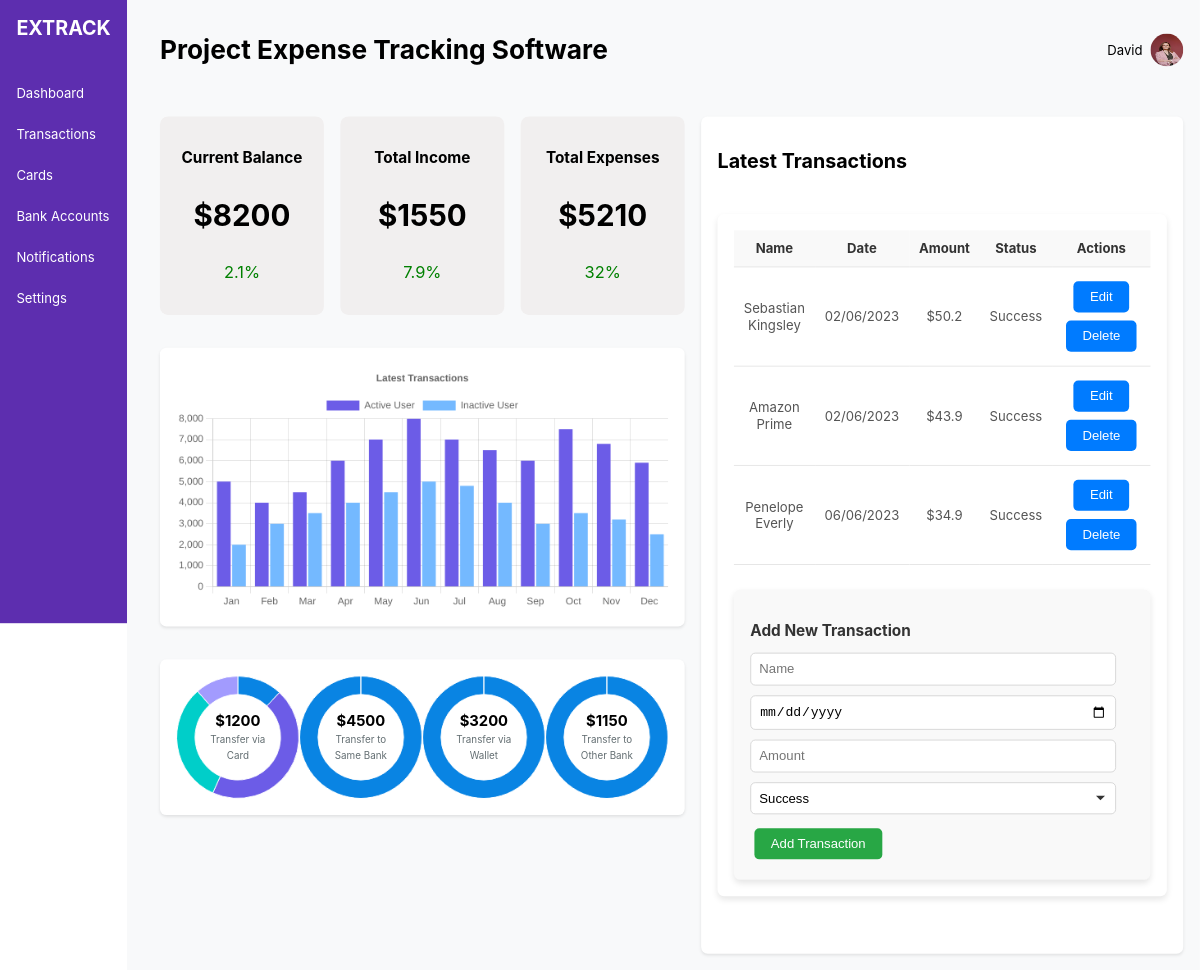
Repository: ChristhurasaRoshan/Expense-Tracker
Page: /dashboard
An editor plug-in stored every save of this project. The page is shown before and after the next save, followed by the edit.
The browser window is 1280 px wide. The page is 1463 px wide, so the pictures cover 1463 px, including what lies to the right of the window. The pictures show the whole page, at 82% of full size.
The project was rebuilt for these pictures with package versions that can differ from the ones it lists, and the page was loaded fresh each time. A package was used in the major version that the imports need, not the one package.json lists.

Above is the page before, as saved 2024-08-22 11:41:58.

### src/App.js
import React from 'react';
import { Provider } from 'react-redux'; // Import Provider from react-redux
import store from './store'; // Import the Redux store
import Sidebar from '../src/Components/Sidebar';
import Header from '../src/Components/Header';
import Dashboard from '../src/Components/Dashboard';
import './App.css';

function App() {
  return (
    <Provider store={store}> {/* Wrap the app with Provider */}
      <div className="app">
        <Sidebar />
        <div className="main-content">
          <Header />
          <Dashboard />
        </div>
      </div>
    </Provider>
  );
}

export default App;

### src/store.js
import { configureStore } from '@reduxjs/toolkit';
import transactionReducer from './slices/transactionSlice';
import authReducer from './slices/authSlice';

const store = configureStore({
  reducer: {
    transactions: transactionReducer,
    auth: authReducer,
  },
});

export default store;

### src/Components/Sidebar.jsx
import React from 'react';
import '../Styles/Sidebar.css';

const Sidebar = () => {
  return (
    <div className="sidebar">
      <div className="logo">EXTRACK</div>
      <ul>
        <li>Dashboard</li>
        <li>Transactions</li>
        <li>Cards</li>
        <li>Bank Accounts</li>
        <li>Notifications</li>
        <li>Settings</li>
      </ul>
    </div>
  );
};

export default Sidebar;

### src/Components/Header.jsx
import React from 'react';
import '../Styles/Header.css';

const Header = () => {
  return (
    <div className="header">
      <h1>Project Expense Tracking Software</h1>
      <div className="user-profile">
        <span>David</span>
        <img src="user-profile.jpg" alt="Profile" />
      </div>
    </div>
  );
};

export default Header;

### src/Components/Dashboard.jsx
import React from 'react';
import Card from './Card';
import TransactionList from './TransactionList';
import ExpenseChart from './ExpenseChart';
import AmountTransfer from './AmountTransfer';
import '../Styles/Dashboard.css';

const Dashboard = () => {
  return (
    <div className="dashboard">
      <div className="dashboard-left">
        <div className="dashboard-header">
          <Card title="Current Balance" amount="$8200" percentage="2.1%" />
          <Card title="Total Income" amount="$1550" percentage="7.9%" />
          <Card title="Total Expenses" amount="$5210" percentage="32%" />
        </div>
        <ExpenseChart />
        <AmountTransfer />
      </div>
      <div className="dashboard-right">
        <div className="latest-transactions">
          <h2>Latest Transactions</h2>
          <TransactionList />
        </div>
      </div>
    </div>
  );
};

export default Dashboard;

### src/App.css
.app {
  display: flex;
}

.main-content {
  flex: 1;
  background-color: #f8f9fa;
  padding-left: 20px;
}

### src/slices/transactionSlice.js
import { createSlice } from '@reduxjs/toolkit';

const initialState = [
  { id: 1, name: "Sebastian Kingsley", date: "02/06/2023", amount: "$50.2", status: "Success" },
  { id: 2, name: "Amazon Prime", date: "02/06/2023", amount: "$43.9", status: "Success" },
  { id: 3, name: "Penelope Everly", date: "06/06/2023", amount: "$34.9", status: "Success" },
];

const transactionSlice = createSlice({
  name: 'transactions',
  initialState,
  reducers: {
    addTransaction: (state, action) => {
      state.push({ id: Date.now(), ...action.payload });
    },
    deleteTransaction: (state, action) => {
      return state.filter(transaction => transaction.id !== action.payload);
    },
    updateTransaction: (state, action) => {
      const index = state.findIndex(transaction => transaction.id === action.payload.id);
      if (index !== -1) {
        state[index] = { ...state[index], ...action.payload };
      }
    },
  },
});

export const { addTransaction, deleteTransaction, updateTransaction } = transactionSlice.actions;
export default transactionSlice.reducer;

### src/slices/authSlice.js
import { createSlice } from '@reduxjs/toolkit';

const initialState = {
  isAuthenticated: false,
  user: null,
};

const authSlice = createSlice({
  name: 'auth',
  initialState,
  reducers: {
    login: (state, action) => {
      state.isAuthenticated = true;
      state.user = action.payload;
    },
    logout: (state) => {
      state.isAuthenticated = false;
      state.user = null;
    },
    register: (state, action) => {
      // Handle registration if needed
    },
  },
});

export const { login, logout, register } = authSlice.actions;
export default authSlice.reducer;

### src/Styles/Sidebar.css
.sidebar {
    width: 250px;
    background-color: #5d2eaf;
    color: white;
    height: 100vh;
    padding: 20px;
  }

  .logo {
    font-size: 24px;
    font-weight: bold;
    margin-bottom: 40px;
  }

  .sidebar ul {
    list-style: none;
    padding: 0;
  }

  .sidebar ul li {
    padding: 15px 0;
    cursor: pointer;
  }

  .sidebar ul li:hover {
    background-color: rgba(255, 255, 255, 0.1);
  }

### src/Styles/Header.css
.header {
    display: flex;
    justify-content: space-between;
    align-items: center;
    padding: 20px;
  }

  .user-profile {
    display: flex;
    align-items: center;
  }

  .user-profile span {
    margin-right: 10px;
  }

  .user-profile img {
    width: 40px;
    height: 40px;
    border-radius: 50%;
  }

### src/Components/Card.jsx
import React from 'react';
import '../Styles/Card.css';

const Card = ({ title, amount, percentage }) => {
  return (
    <div className="card">
      <h3>{title}</h3>
      <p className="amount">{amount}</p>
      <p className="percentage">{percentage}</p>
    </div>
  );
};

export default Card;

### src/Components/TransactionList.jsx
import React, { useState } from 'react';
import { useDispatch, useSelector } from 'react-redux';
import { addTransaction, deleteTransaction, updateTransaction } from '../slices/transactionSlice';
import '../Styles/TransactionList.css';

const TransactionList = () => {
  const transactions = useSelector((state) => state.transactions);
  const dispatch = useDispatch();

  const [newTransaction, setNewTransaction] = useState({ name: '', date: '', amount: '', status: 'Success' });
  const [editTransaction, setEditTransaction] = useState(null);
  const [errors, setErrors] = useState({});

  const validateTransaction = (transaction) => {
    const errors = {};
    if (!transaction.name) errors.name = 'Name is required';
    if (!transaction.date) errors.date = 'Date is required';
    if (!transaction.amount || isNaN(transaction.amount) || Number(transaction.amount) <= 0) errors.amount = 'Amount must be a positive number';
    return errors;
  };

  const handleAddTransaction = () => {
    const validationErrors = validateTransaction(newTransaction);
    if (Object.keys(validationErrors).length === 0) {
      dispatch(addTransaction({ ...newTransaction, id: Date.now() })); // Add unique id
      setNewTransaction({ name: '', date: '', amount: '', status: 'Success' });
      setErrors({});
    } else {
      setErrors(validationErrors);
    }
  };

  const handleUpdateTransaction = (id) => {
    if (editTransaction) {
      const validationErrors = validateTransaction(editTransaction);
      if (Object.keys(validationErrors).length === 0) {
        dispatch(updateTransaction({ id, ...editTransaction }));
        setEditTransaction(null);
        setErrors({});
      } else {
        setErrors(validationErrors);
      }
    }
  };

  const handleEditClick = (transaction) => {
    setEditTransaction({ ...transaction });
    setErrors({});
  };

  const handleDelete = (id) => {
    const isConfirmed = window.confirm("Are you sure you want to delete this transaction?");
    if (isConfirmed) {
      dispatch(deleteTransaction(id));
    }
  };

  return (
    <div className="transaction-list">
      <table>
        <thead>
          <tr>
            <th>Name</th>
            <th>Date</th>
            <th>Amount</th>
            <th>Status</th>
            <th>Actions</th>
          </tr>
        </thead>
        <tbody>
          {transactions.map((transaction) => (
            <tr key={transaction.id}>
              <td>
                {editTransaction && editTransaction.id === transaction.id ? (
                  <input
                    type="text"
                    value={editTransaction.name}
                    onChange={(e) => setEditTransaction({ ...editTransaction, name: e.target.value })}
                  />
                ) : (
                  transaction.name
                )}
              </td>
              <td>
                {editTransaction && editTransaction.id === transaction.id ? (
                  <input
                    type="date"
                    value={editTransaction.date}
                    onChange={(e) => setEditTransaction({ ...editTransaction, date: e.target.value })}
                  />
                ) : (
                  transaction.date
                )}
              </td>
              <td>
                {editTransaction && editTransaction.id === transaction.id ? (
                  <input
                    type="text"
                    value={editTransaction.amount}
                    onChange={(e) => setEditTransaction({ ...editTransaction, amount: e.target.value })}
                  />
                ) : (
                  transaction.amount
                )}
              </td>
              <td>
                {editTransaction && editTransaction.id === transaction.id ? (
                  <select
                    value={editTransaction.status}
                    onChange={(e) => setEditTransaction({ ...editTransaction, status: e.target.value })}
                  >
                    <option value="Success">Success</option>
                    <option value="Fail">Fail</option>
                  </select>
                ) : (
                  transaction.status
                )}
              </td>
              <td>
                {editTransaction && editTransaction.id === transaction.id ? (
                  <>
                    <button onClick={() => handleUpdateTransaction(transaction.id)}>Save</button>
                    <button onClick={() => setEditTransaction(null)}>Cancel</button>
                  </>
                ) : (
                  <>
                    <button onClick={() => handleEditClick(transaction)}>Edit</button>
                    <button onClick={() => handleDelete(transaction.id)}>Delete</button>
                  </>
                )}
              </td>
            </tr>
          ))}
        </tbody>
      </table>

      <div className="add-transaction">
        <h3>Add New Transaction</h3>
        <input
          type="text"
          placeholder="Name"
          value={newTransaction.name}
          onChange={(e) => setNewTransaction({ ...newTransaction, name: e.target.value })}
        />
        {errors.name && <p className="error">{errors.name}</p>}
        <input
          type="date"
          placeholder="Date"
          value={newTransaction.date}
          onChange={(e) => setNewTransaction({ ...newTransaction, date: e.target.value })}
        />
        {errors.date && <p className="error">{errors.date}</p>}
        <input
          type="text"
          placeholder="Amount"
          value={newTransaction.amount}
          onChange={(e) => setNewTransaction({ ...newTransaction, amount: e.target.value })}
        />
        {errors.amount && <p className="error">{errors.amount}</p>}
        <select
          value={newTransaction.status}
          onChange={(e) => setNewTransaction({ ...newTransaction, status: e.target.value })}
        >
          <option value="Success">Success</option>
          <option value="Fail">Fail</option>
        </select>
        <button onClick={handleAddTransaction}>Add Transaction</button>
      </div>
    </div>
  );
};

export default TransactionList;

### src/Components/ExpenseChart.jsx
import React from 'react';
import { Bar } from 'react-chartjs-2';
import { Chart as ChartJS, CategoryScale, LinearScale, BarElement, Title, Tooltip, Legend } from 'chart.js';
import '../Styles/ExpenseChart.css';


ChartJS.register(CategoryScale, LinearScale, BarElement, Title, Tooltip, Legend);

const ExpenseChart = () => {
  const data = {
    labels: ['Jan', 'Feb', 'Mar', 'Apr', 'May', 'Jun', 'Jul', 'Aug', 'Sep', 'Oct', 'Nov', 'Dec'],
    datasets: [
      {
        label: 'Active User',
        data: [5000, 4000, 4500, 6000, 7000, 8000, 7000, 6500, 6000, 7500, 6800, 5900],
        backgroundColor: '#6c5ce7',
      },
      {
        label: 'Inactive User',
        data: [2000, 3000, 3500, 4000, 4500, 5000, 4800, 4000, 3000, 3500, 3200, 2500],
        backgroundColor: '#74b9ff',
      },
    ],
  };

  const options = {
    responsive: true,
    plugins: {
      legend: {
        position: 'top',
      },
      title: {
        display: true,
        text: 'Latest Transactions',
      },
    },
  };

  return (
    <div className="chart-container">
      <Bar data={data} options={options} />
    </div>
  );
};

export default ExpenseChart;

### src/Components/AmountTransfer.jsx
import React from 'react';
import { Doughnut } from 'react-chartjs-2';
import { Chart as ChartJS, ArcElement, Tooltip, Legend } from 'chart.js';
import '../Styles/AmountTransfer.css';

ChartJS.register(ArcElement, Tooltip, Legend);

const AmountTransfer = () => {
  const data = {
    labels: ['Transfer via Card', 'Transfer to Same Bank', 'Transfer via Wallet', 'Transfer to Other Bank'],
    datasets: [
      {
        data: [1200, 4500, 3200, 1150],
        backgroundColor: ['#0984e3', '#6c5ce7', '#00cec9', '#a29bfe'],
        hoverBackgroundColor: ['#74b9ff', '#a29bfe', '#81ecec', '#dfe6e9'],
        borderWidth: 1,
      },
    ],
  };

  const options = {
    responsive: true,
    plugins: {
      legend: {
        display: false,
      },
    },
    cutout: '70%',
  };

  return (
    <div className="amount-transfer-container">
      <div className="doughnut-chart">
        <Doughnut data={data} options={options} />
        <div className="chart-label">
          <p>$1200</p>
          <span>Transfer via Card</span>
        </div>
      </div>
      <div className="doughnut-chart">
        <Doughnut data={{ ...data, datasets: [{ ...data.datasets[0], data: [4500] }] }} options={options} />
        <div className="chart-label">
          <p>$4500</p>
          <span>Transfer to Same Bank</span>
        </div>
      </div>
      <div className="doughnut-chart">
        <Doughnut data={{ ...data, datasets: [{ ...data.datasets[0], data: [3200] }] }} options={options} />
        <div className="chart-label">
          <p>$3200</p>
          <span>Transfer via Wallet</span>
        </div>
      </div>
      <div className="doughnut-chart">
        <Doughnut data={{ ...data, datasets: [{ ...data.datasets[0], data: [1150] }] }} options={options} />
        <div className="chart-label">
          <p>$1150</p>
          <span>Transfer to Other Bank</span>
        </div>
      </div>
    </div>
  );
};

export default AmountTransfer;

### src/Styles/Dashboard.css
.dashboard {
    display: flex;
    gap: 20px;
    padding: 20px;
  }

  .dashboard-left {
    display: flex;
    flex-direction: column;
    gap: 20px;
  }

  .dashboard-header {
    display: flex;
    justify-content: space-between;
    gap: 20px;
  }

  .dashboard-right {
    background-color: #fff;
    padding: 20px;
    border-radius: 8px;
    box-shadow: 0 2px 4px rgba(0, 0, 0, 0.1);
  }

  .latest-transactions {
    margin-top: 20px;
  }

  .latest-transactions h2 {
    margin-bottom: 20px;
  }

  .chart-container,
  .amount-transfer-container {
    background-color: #fff;
    padding: 20px;
    border-radius: 8px;
    box-shadow: 0 2px 4px rgba(0, 0, 0, 0.1);
  }

### src/Styles/Card.css
.card {
    background-color: #f1efef;
    border-radius: 10px;
    padding: 20px;
    width: 30%;
    text-align: center;
  }

  .card .amount {
    font-size: 36px;
    font-weight: bold;
  }

  .card .percentage {
    color: green;
    font-size: 20px;
  }

### src/Styles/TransactionList.css
/* Container for the transaction list */
.transaction-list {
  max-width: 900px;
  margin: 50px auto;
  padding: 20px;
  border-radius: 8px;
  box-shadow: 0 4px 8px rgba(0, 0, 0, 0.1);
  background-color: #ffffff;
}

/* Table styles */
table {
  width: 100%;
  border-collapse: collapse;
}

th, td {
  padding: 12px;
  border-bottom: 1px solid #e1e1e1;
  text-align: center;
}

th {
  background-color: #f9f9f9;
  color: #333;
  font-weight: bold;
}

td {
  color: #555;
}

/* Form input styles */
input[type="text"], input[type="date"], select {
  padding: 10px;
  width: calc(100% - 22px); /* Adjusted width */
  margin-bottom: 12px;
  border: 1px solid #d1d1d1;
  border-radius: 6px;
  box-sizing: border-box;
  font-size: 16px;
}

input:focus, select:focus {
  border-color: #007BFF;
  outline: none;
  box-shadow: 0 0 5px rgba(0, 123, 255, 0.5);
}

/* Button styles */
button {
  padding: 10px 20px;
  margin: 5px;
  border: none;
  background-color: #007BFF;
  color: white;
  cursor: pointer;
  border-radius: 6px;
  font-size: 16px;
  transition: background-color 0.3s ease, transform 0.2s ease;
}

button:hover {
  background-color: #0056b3;
  transform: scale(1.05);
}

/* Add transaction section styles */
.add-transaction {
  margin-top: 30px;
  padding: 20px;
  border-radius: 8px;
  background-color: #f9f9f9;
  box-shadow: 0 4px 8px rgba(0, 0, 0, 0.1);
}

.add-transaction h3 {
  margin-bottom: 15px;
  color: #333;
}

/* Dropdown styling */
select {
  appearance: none;
  background-color: #ffffff;
  background-image: url('data:[embedded picture, 153 characters]');
  background-repeat: no-repeat;
  background-position: right 12px center;
  background-size: 12px 7px;
  padding: 10px;
  border: 1px solid #d1d1d1;
  border-radius: 6px;
  font-size: 16px;
}

/* Button variations for add and delete actions */
.add-transaction button {
  background-color: #28a745;
}

.add-transaction button:hover {
  background-color: #218838;
}

.delete-btn {
  background-color: #dc3545;
}

.delete-btn:hover {
  background-color: #c82333;
}

/* Error message styling */
.error {
  color: #dc3545; /* Red color for errors */
  font-size: 14px;
  margin-top: -10px;
  margin-bottom: 10px;
}

/* Additional Styles */
.add-transaction input[type="text"],
.add-transaction input[type="date"],
.add-transaction select {
  margin-bottom: 12px; /* Adjusted margin for consistency */
}

### src/Styles/ExpenseChart.css
.chart-container {
    margin-top: 20px;
  }

### src/Styles/AmountTransfer.css
.amount-transfer-container {
    display: flex;
    justify-content: space-between;
    margin-top: 20px;
  }

  .doughnut-chart {
    position: relative;
    width: 150px;
    height: 150px;
  }

  .chart-label {
    position: absolute;
    top: 50%;
    left: 50%;
    transform: translate(-50%, -50%);
    text-align: center;
  }

  .chart-label p {
    margin: 0;
    font-size: 18px;
    font-weight: bold;
  }

  .chart-label span {
    font-size: 12px;
    color: #636e72;
  }

Loaded but not shown: public/index.html (common file); src/index.js (common file); src/index.css (common file); src/reportWebVitals.js (common file)

After the next save:
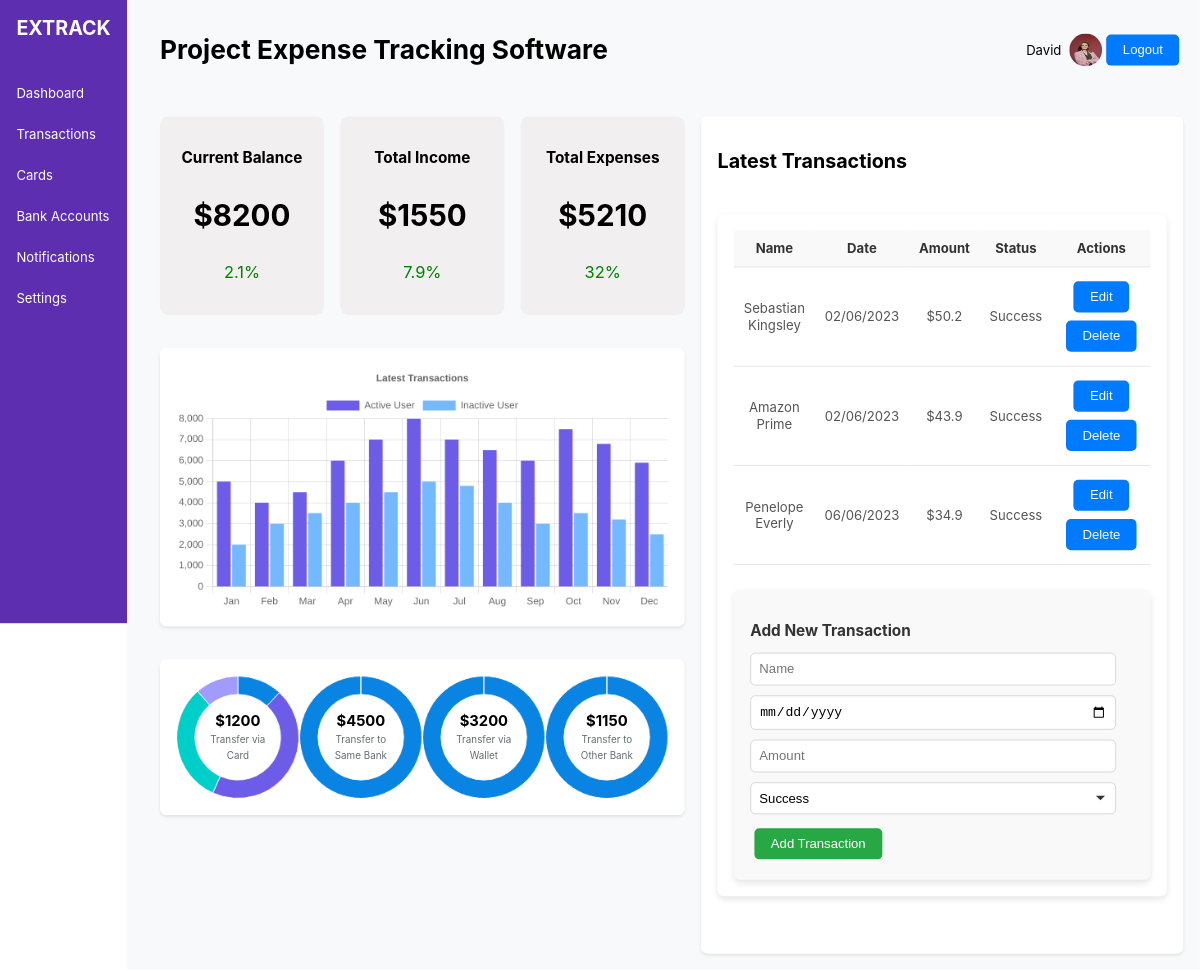
Saved 2 min 33 s later.
--- a/src/Components/Header.jsx
+++ b/src/Components/Header.jsx
@@ -1,13 +1,28 @@
 import React from 'react';
+import { useHistory } from 'react-router-dom';
+import { useDispatch } from 'react-redux'; // Assuming you're using Redux for authentication state
+import { logout } from '../slices/authSlice'; // Import your logout action
 import '../Styles/Header.css';
 
 const Header = () => {
+  const history = useHistory();
+  const dispatch = useDispatch();
+
+  const handleLogout = () => {
+    // Dispatch the logout action (update your Redux store or clear authentication tokens)
+    dispatch(logout());
+
+    // Redirect to the login page
+    history.push('/login');
+  };
+
   return (
     <div className="header">
       <h1>Project Expense Tracking Software</h1>
       <div className="user-profile">
         <span>David</span>
         <img src="user-profile.jpg" alt="Profile" />
+        <button className="logout-button" onClick={handleLogout}>Logout</button>
       </div>
     </div>
   );
